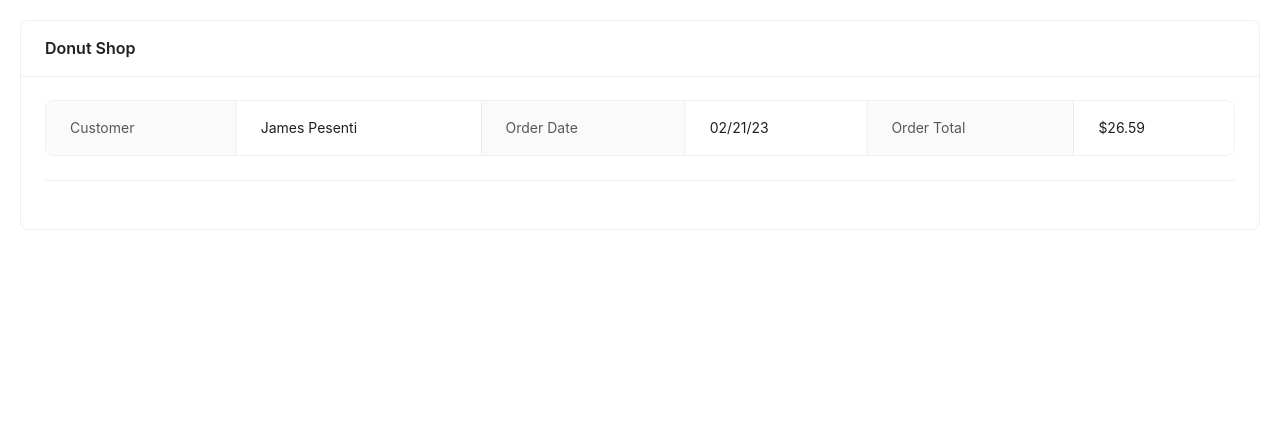
Repository: JamesPesenti/DonutShopDashboard
Page: /menu/create
These files come from the project's save history. The page is drawn as it stood at one moment and after the next save; the edit follows.
The browser window is 1280 px wide. The pictures show the whole page.
The project was rebuilt for these pictures with package versions that can differ from the ones it lists, and the page was loaded fresh each time.

Above is the page before, as saved 2023-03-22 13:38:58.

After the next save:
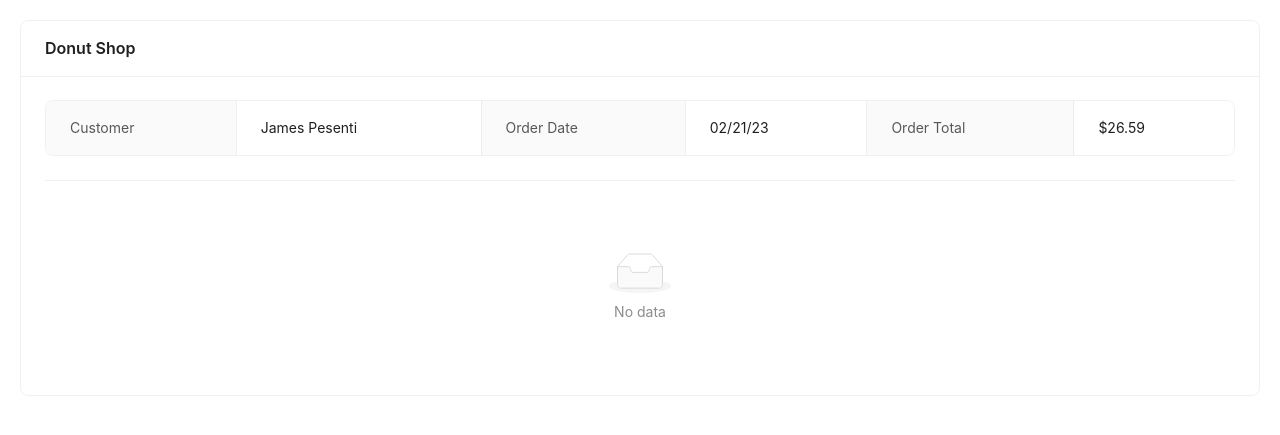
Saved 16 s later.
--- a/src/App.js
+++ b/src/App.js
@@ -17,6 +17,7 @@ function App() {
           </Descriptions.Item>
         </Descriptions>
         <Divider />
+        <List />
       </Card>
     </>
   );
